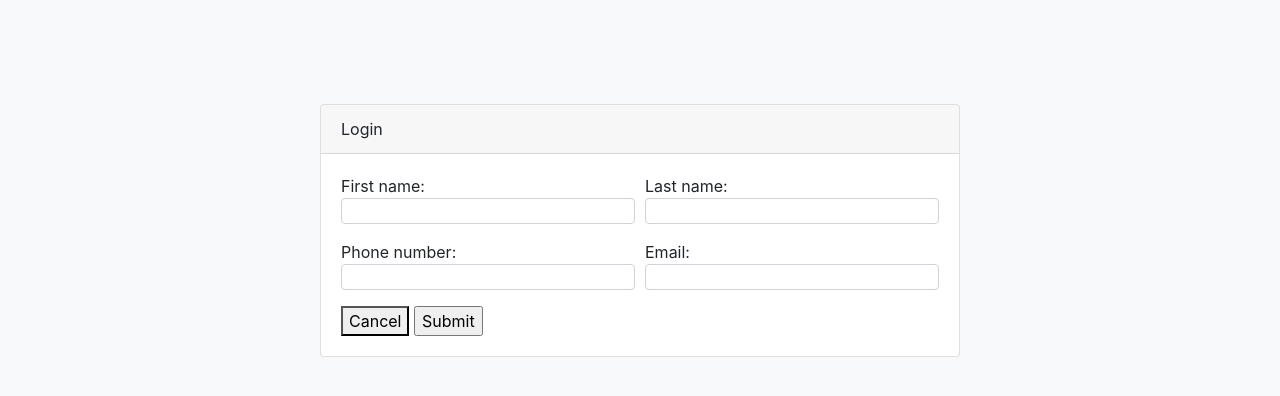
Repository: Map2g/WeFixPOS
Page: pages/login.html
The author's editor kept a record of every edit. The page is drawn from the files as they stood at one moment, then again after the next edit.
The browser window is 1280 px wide. The pictures show the whole page.

Above is the page before.

### pages/login.html
<!DOCTYPE html>
<html lang="en">

<head>

  <meta charset="utf-8">
  <meta http-equiv="X-UA-Compatible" content="IE=edge">
  <meta name="viewport" content="width=device-width, initial-scale=1, shrink-to-fit=no">
  <meta name="description" content="">
  <meta name="author" content="">

  <title>Login</title>

  <!-- Custom fonts for this template-->
  <!--<link href="vendor/fontawesome-free/css/all.min.css" rel="stylesheet" type="text/css">-->

  <!-- Custom styles for this template-->
  <link href="css/shop-homepage.css" rel="stylesheet">

</head>

<body class="bg-light">
  <div class="container">
    <div class="card card-register mx-auto mt-5">
      <div class="card-header">Login</div>
      <div class="card-body">
        <form action = "AddEmp.php" method = "post">

          <div class="form-group">
            <div class="form-row">
              <div class="col-md-6">
                <div class="form-label-group">
                  First name: <input type="text" name="fname" class="form-control" placeholder="Jack" required="required">
                </div>
              </div>
              <div class="col-md-6">
                <div class="form-label-group">
                  Last name: <input type="text" name="lname" class="form-control" placeholder="Smith" required="required">
                  <!--<input type="text" id="lastName" class="form-control" placeholder="Last name" required="required">-->
                  <!--<label for="lastName">Last name</label>-->
                </div>
              </div>
            </div>
          </div>

          <div class="form-group">
            <div class="form-row">
              <div class="col-md-6">
                <div class="form-label-group">
                  Phone number: <input type="tel" name="phone" class="form-control" placeholder="12481234567" required="required">
                  <!--<input type="text" id="lastName" class="form-control" placeholder="Last name" required="required">-->
                  <!--<label for="lastName">Last name</label>-->
                </div>
              </div>
              <div class="col-md-6">
                <div class="form-label-group">
                  Email: <input type="text" name="email" class="form-control" placeholder="jacksmith@yahoo.com" required="required">
                </div>
              </div>
            </div>
          </div>

          <a href = "Employees.php"><button type="button">Cancel</button></a>
          <input type = "submit" value = "Submit">
          <!--<a class="btn btn-primary btn-block" href="login.html">Register</a>-->
        </form>
        <!--<div class="text-center">-->
        <!--  <a class="d-block small mt-3" href="login.html">Login Page</a>-->
        <!--  <a class="d-block small" href="forgot-password.html">Forgot Password?</a>-->
        <!--</div>-->
      </div>
    </div>
  </div>

  <!-- Bootstrap core JavaScript-->
  <script src="vendor/jquery/jquery.min.js"></script>
  <script src="vendor/bootstrap/js/bootstrap.bundle.min.js"></script>

  <!-- Core plugin JavaScript-->
  <script src="vendor/jquery-easing/jquery.easing.min.js"></script>
</form>
</body>

</html>

Loaded but not shown: css/shop-homepage.css (library); vendor/jquery/jquery.min.js (library); vendor/bootstrap/js/bootstrap.bundle.min.js (library)

After the next edit:
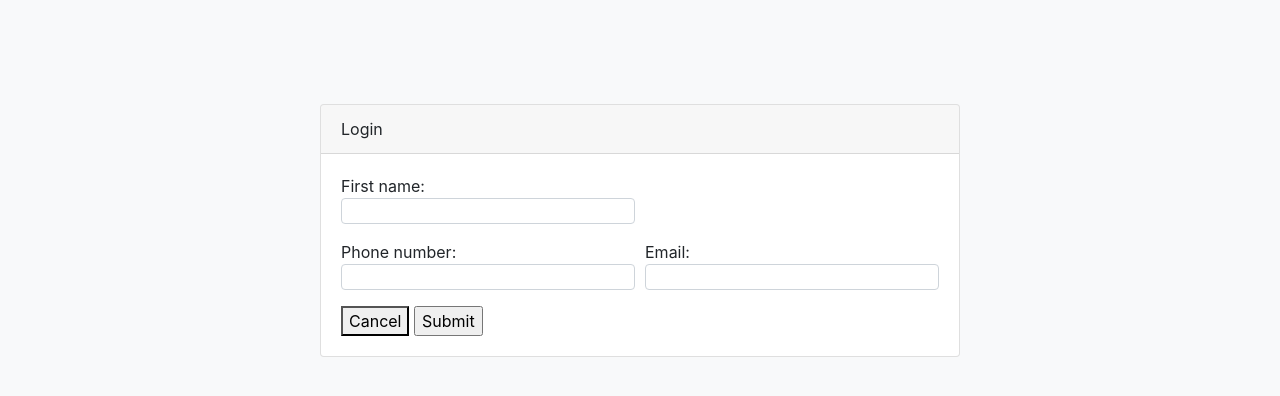
The edit:
--- a/pages/login.html
+++ b/pages/login.html
@@ -31,13 +31,6 @@
               <div class="col-md-6">
                 <div class="form-label-group">
                   First name: <input type="text" name="fname" class="form-control" placeholder="Jack" required="required">
-                </div>
-              </div>
-              <div class="col-md-6">
-                <div class="form-label-group">
-                  Last name: <input type="text" name="lname" class="form-control" placeholder="Smith" required="required">
-                  <!--<input type="text" id="lastName" class="form-control" placeholder="Last name" required="required">-->
-                  <!--<label for="lastName">Last name</label>-->
                 </div>
               </div>
             </div>
